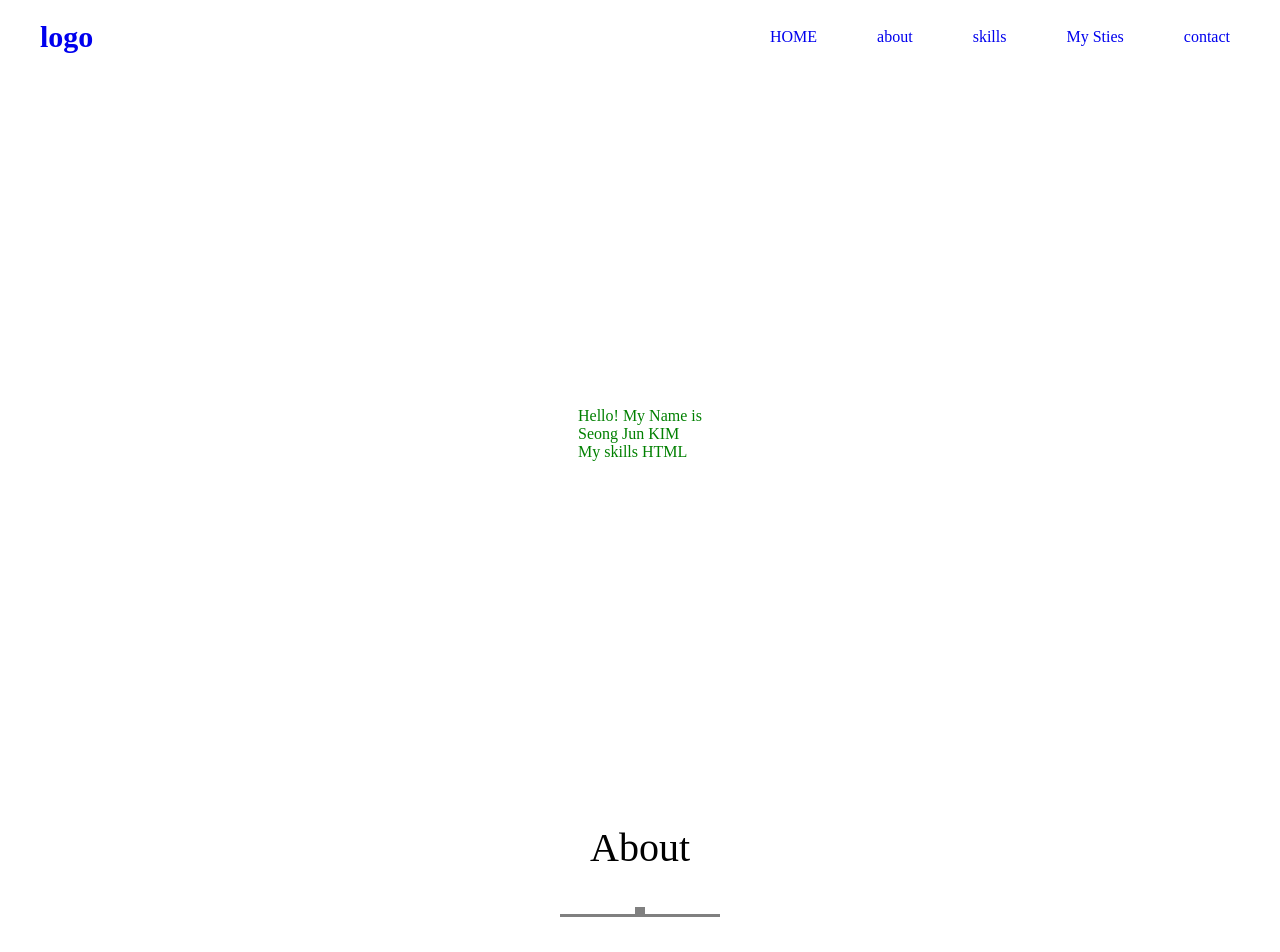
Repository: jun01270/jun
Page: index.html
These files come from the project's save history. The page is drawn as it stood at one moment and after the next save; the edit follows.
The browser window is 1280 px wide. The pictures show the part of the page from y = 0 to 952 px (the page is 2474 px tall).
A picture or video elsewhere on the page could not be fetched, so the positions and the page height are approximate. Some web libraries are served in a nearby version.

Above is the page before, as saved 2023-05-10 10:45:43.

### index.html
<!DOCTYPE html>
<html lang="en">
  <head>
    <meta charset="UTF-8" />
    <meta http-equiv="X-UA-Compatible" content="IE=edge" />
    <meta name="viewport" content="width=device-width, initial-scale=1.0" />
    <link rel="stylesheet" href="./css/style.css" />
    <link rel="stylesheet" href="./css/home.css" />
    <script
      src="https://kit.fontawesome.com/252eac6dbf.js"
      crossorigin="anonymous"
    ></script>
    <title>Jun's site</title>
  </head>
  <body>
    <nav class="navbar">
      <div class="max-width">
        <div class="logo"><a href="#home">logo</a></div>
        <ul class="menu-bar">
          <li><a href="#home" class="menu-btn" id="homeID">HOME</a></li>
          <li><a href="#about" class="menu-btn" id="homeID">about</a></li>
          <li><a href="#skills" class="menu-btn">skills</a></li>
          <li><a href="#my-sites" class="menu-btn">My Sties</a></li>
          <li><a href="#contact" class="menu-btn">contact</a></li>
        </ul>
      </div>
    </nav>

    <!--home섹션-->
    <section class="home" id="home">
      <div class="max-width">
        <div class="home-section">
          <div class="text-1">Hello! My Name is</div>
          <div class="text-1">Seong Jun KIM</div>
          <div class="text-1">My skills <span class="typing1">HTML</span></div>
        </div>
      </div>
    </section>

    <!--about섹션-->
    <section class="about">
      <div class="max-width">
        <h2 class="title">About</h2>
        <div class="about-content">
          <div class="left-column"></div>
          <div class="right-column">
            <div class="about-text">I'm Seong Jun KIM</div>
            <div class="about-skills">
              My skills <span class="typing2">HTML</span>
            </div>
            <p>
              안녕하세요 프론트엔드 개발자를 꿈꾸는 주니어 개발자 김성준입니다.
            </p>
          </div>
        </div>
      </div>
    </section>

    <!--skills섹션-->
    <section class="skills">
      <div class="max-width">
        <h2 class="title">My Skills</h2>
        <div class="skills-content">
          <div class="left-column">
            <div class="skills-text">
              <div class="sub-title">My skills & Experience</div>
              <p>HTML, Css, js , react를 다루고 있습니다.</p>
            </div>
          </div>
          <div class="rigth-column">
            <div class="bars">
              <div class="bars-content">
                <span>HTML</span>
                <span>90%</span>
              </div>
              <div class="line-html"></div>
            </div>
            <div class="bars">
              <div class="bars-content">
                <span>Css</span>
                <span>80%</span>
              </div>
              <div class="line-css"></div>
            </div>
            <div class="bars">
              <div class="bars-content">
                <span>JS</span>
                <span>80%</span>
              </div>
              <div class="line-js"></div>
            </div>
            <div class="bars">
              <div class="bars-content">
                <span>React</span>
                <span>80%</span>
              </div>
              <div class="line-react"></div>
            </div>
          </div>
        </div>
      </div>
    </section>

    <!--My sties섹션-->
    <section class="my-sites">
      <div class="max-width">
        <h2 class="title">My Sites</h2>
        <div class="my-sites-content">
          <div class="left-column">
            <a href="https://web-jun.tistory.com/" target="_blank">
              <div class="site">
                <div class="site-images">
                  <img src="/img/blog.jpg" alt="" />
                  <div class="site-text">BLOG</div>
                  <p>개발하는 블로그입니다.</p>
                </div>
              </div>
            </a>
          </div>
          <div class="right-column">
            <a href="https://github.com/jun01270" target="_blank">
              <div class="site">
                <div class="site-images">
                  <img src="/img/github.jpg" alt="" />
                  <div class="site-text">BLOG</div>
                  <p>깃허브 사이트입니다.</p>
                </div>
              </div>
            </a>
          </div>
        </div>
      </div>
    </section>

    <!--Contact 섹션-->
    <section class="contact">
      <div class="max-width">
        <h2 class="title">Contact me</h2>
        <div class="contact-content">
          <div class="left-column">
            <div class="contact-text">My information</div>
            <p>
              동양미래대학교 컴퓨터소프트웨어공학과를 졸업하여 프론트엔드
              개발자가 되고싶은 주니어 개발자입니다.
            </p>
            <div class="icons-content">
              <i class="fas fa-user"></i>
              <div class="info">
                <div class="head">Name</div>
                <div class="tail">Seong Jun KIM</div>
              </div>
            </div>
            <div class="icons-content">
              <i class="fas fa-envelope"></i>
              <div class="info">
                <div class="head">E-mail</div>
                <div class="tail">kimsj012731@gmail.com</div>
              </div>
            </div>
            <div class="icons-content">
              <i class="fas fa-map-marked-alt"></i>
              <div class="info">
                <div class="head">Address</div>
                <div class="tail">경기도 광명시</div>
              </div>
            </div>
          </div>
          <div class="right-column">
            <div class="contact-text">Message Me!</div>
            <form action="#">
              <div class="fields">
                <div class="fields name">
                  <input type="text" placeholder="Name" />
                </div>
                <div class="fields Email">
                  <input type="email" placeholder="E-mail" />
                </div>
              </div>
              <div class="fields subject">
                <input type="text" placeholder="Subject" />
              </div>
              <div class="fields contact-area">
                <textarea
                  cols="30"
                  rows="10"
                  placeholder="Contact.. "
                  required
                ></textarea>
              </div>
              <div class="button">
                <button type="submit">Send Message</button>
              </div>
            </form>
          </div>
        </div>
      </div>
    </section>

    <!--Footer섹션-->
    <footer></footer>

    <!--JS섹션-->
  </body>
</html>

### css/style.css
@import url("https://fonts.googleapis.com/css2?family=Lora&display=swap");

* {
  margin: 0;
  padding: 0;
  box-sizing: border-box;
  text-decoration: none;
}

html {
  scroll-behavior: smooth;
}

.home .about .skills .my-sites .contact {
  padding-top: 86px;
}

.max-width {
  max-width: 1300px;
  padding: 0 20px;
  margin: auto;
}

.section {
  padding: 100px 0;
}

/* .about, .skills, .my-sites, .contact, .footer{
    //폰트삽입
} */

.title {
  position: relative;
  text-align: center;
  font-size: 40px;
  font-weight: 500;
  margin: 30px 0 100px 0;
  padding-bottom: 8px;
}

.title::before {
  content: "";
  position: absolute;
  bottom: -38px;
  left: 50%;
  width: 160px;
  height: 3px;
  background-color: gray;
  transform: translateX(-50%);
}

.title::after {
  content: "";
  position: absolute;
  bottom: -38px;
  left: 50%;
  font-size: 20px;
  color: rgb(255, 164, 45);
  padding: 5px;
  background-color: gray;
  transform: translateX(-50%);
}

.about .about-content,
.skills .skills-content,
.my-sites .my-sites-content,
.contact .contact-content {
  display: flex;
  align-items: center;
  flex-wrap: wrap;
  justify-content: space-between;
}

.navbar {
  position: relative;
  width: 100%;
  padding: 20px 0;
  z-index: 999;
  transition: all 0.3s ease;
}

.navbar .max-width {
  display: flex;
  align-items: center;
  justify-content: space-between;
}

.navbar .logo {
  font-size: 30px;
  font-weight: 600;
  margin-left: 20px;
  color: black;
}

.menu-bar {
  list-style: none;
  display: flex;
  margin: 0;
  padding-left: 0;
}

.menu-bar li {
  padding: 8px 30px;
}

.menu-bar li:hover {
  background-color: orange;
  border-radius: 3px;
}

@media screen and (max-width: 700px) {
  .navbar {
    flex-direction: column;
    align-items: flex-start;
    margin: 0;
  }

  .menu-bar {
    flex-direction: column;
    align-items: center;
    width: 100%;
  }

  .menu-bar li {
    width: 100%;
    text-align: center;
  }
}

### css/home.css
.home{
    display:flex;
    height: 100vh;
    min-height: 500px;
    color: green;
    background-image: "./img/background.png";
}

After the next save:
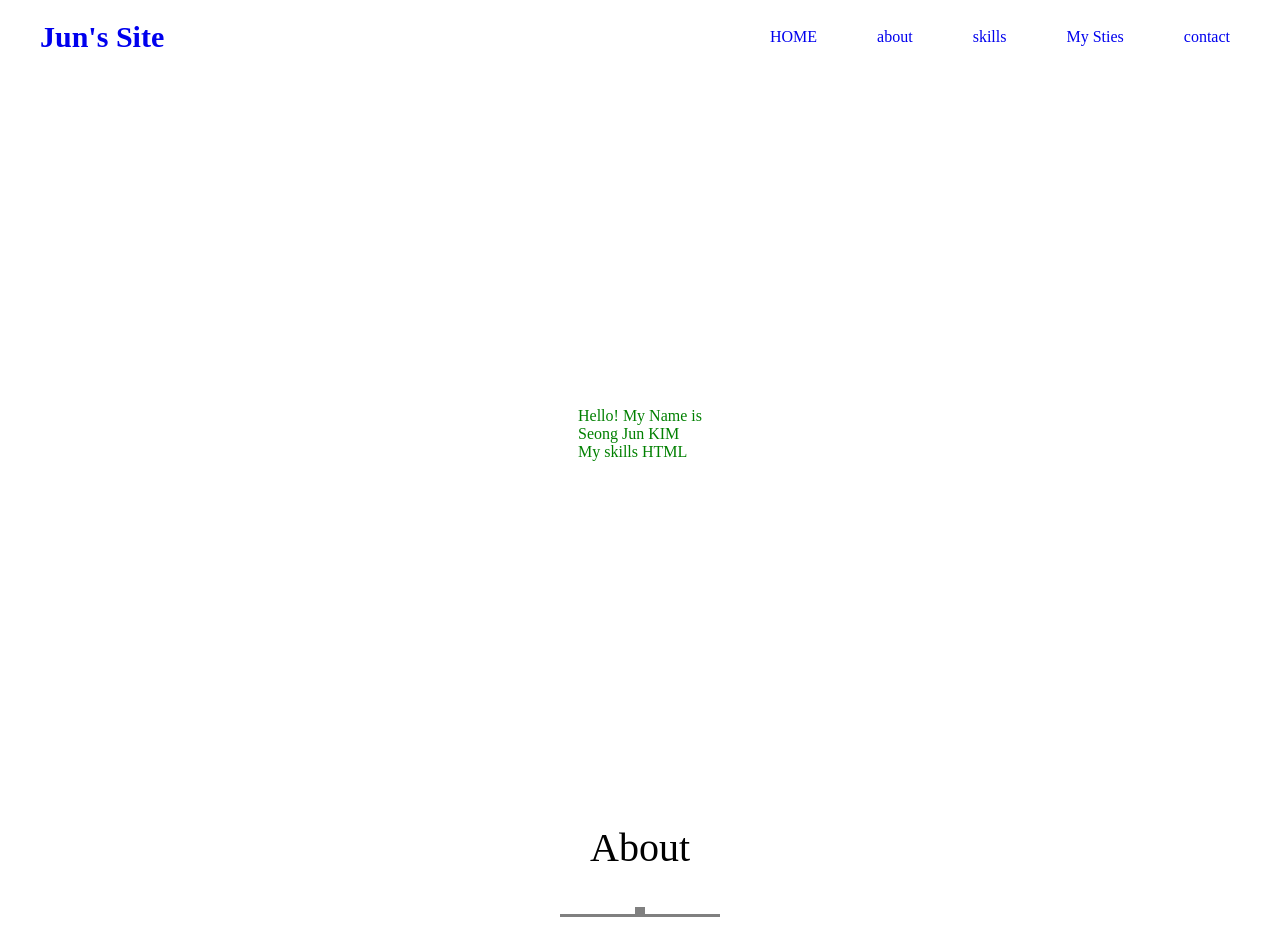
Saved 89 s later.
--- a/index.html
+++ b/index.html
@@ -15,7 +15,9 @@
   <body>
     <nav class="navbar">
       <div class="max-width">
-        <div class="logo"><a href="#home">logo</a></div>
+        <div class="logo">
+          <a href="#home">Jun's <span>Site</span></a>
+        </div>
         <ul class="menu-bar">
           <li><a href="#home" class="menu-btn" id="homeID">HOME</a></li>
           <li><a href="#about" class="menu-btn" id="homeID">about</a></li>
